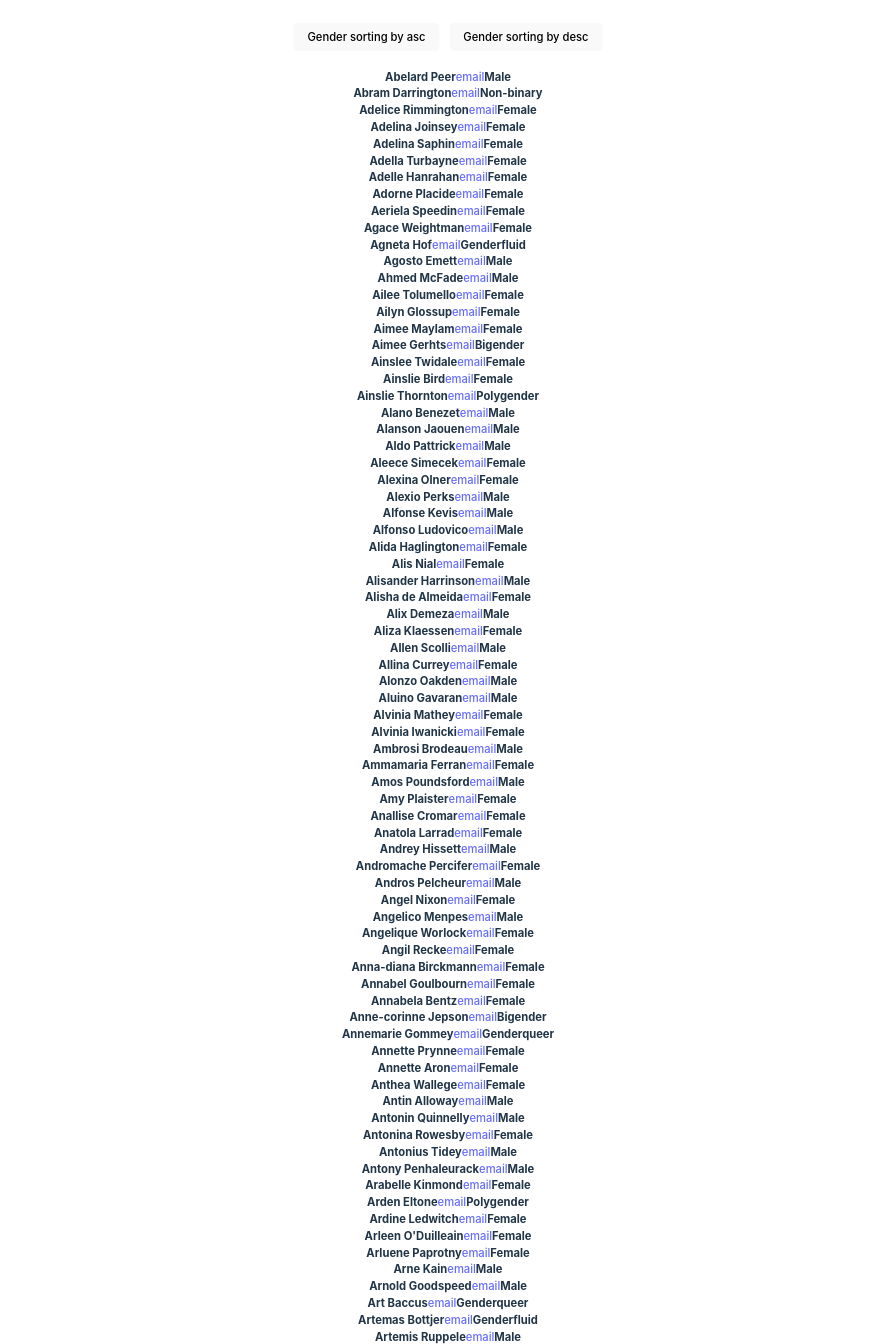
Repository: Kainar9292/sorting
Page: /
An editor plug-in stored every save of this project. The page is shown before and after the next save, followed by the edit.
The browser window is 1280 px wide. The pictures show the part of the page from y = 0 to 1920 px (the page is 24129 px tall before and 72129 px after), at 70% of full size.
The project was rebuilt for these pictures with package versions that can differ from the ones it lists, and the page was loaded fresh each time. Also part of the build but not shown: vite.config.js.

Above is the page before, as saved 2022-10-29 15:13:06.

After the next save:
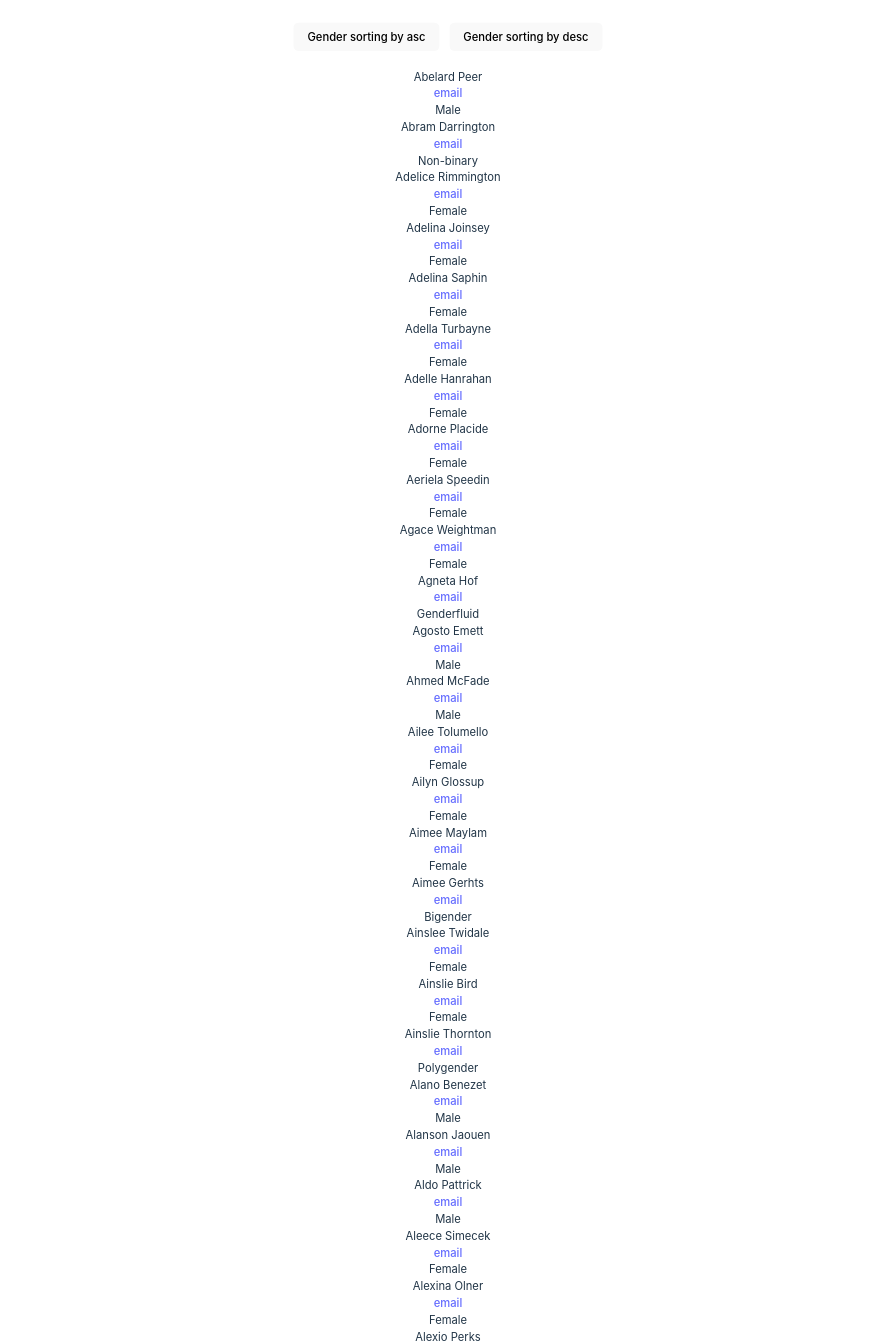
Saved 14 s later.
--- a/src/components/Users.vue
+++ b/src/components/Users.vue
@@ -9,9 +9,9 @@
   <br />
   <div class="users">
     <div v-for="item in state.users">
-      <strong>{{ item.first_name }} {{ item.last_name }}</strong>
+      <div>{{ item.first_name }} {{ item.last_name }}</div>
       <a href="mailto:{{item.email}}">email</a>
-      <strong>{{ item.gender }}</strong>
+      <div>{{ item.gender }}</div>
       <!-- <br />
       <br /> -->
     </div>
